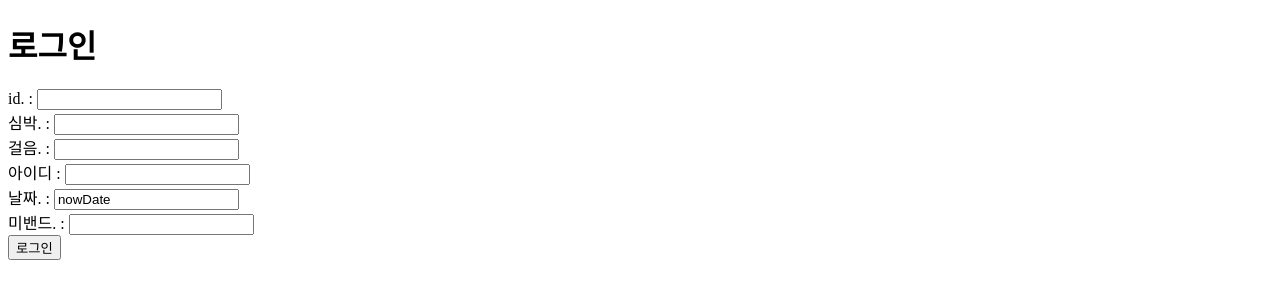
Repository: hynjin/SilverKeeper
Page: http://localhost/sk_server/connect.jsp
The author's editor kept a copy of each file at every save. The page is drawn from the files as they stood at one save, then again after the next save.
The browser window is 1280 px wide. The pictures show the whole page.
The page is served by Tomcat 9.

Above is the page before, as saved 2017-05-12 21:19:35.

After the next save:
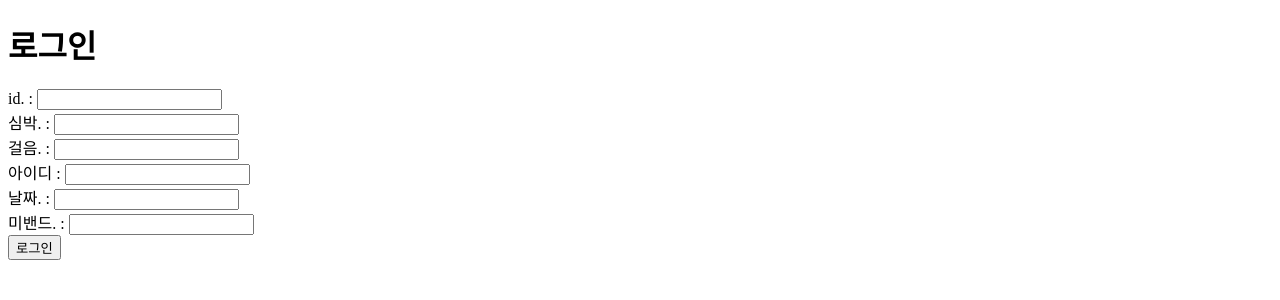
Saved 94 s later.
--- a/sk_tomcat/sk_server/WebContent/connect.jsp
+++ b/sk_tomcat/sk_server/WebContent/connect.jsp
@@ -20,7 +20,8 @@ id. : <input type="text" name="silverID"/><br/>
 심박. : <input type="text" name="heartRate"/><br/>
 걸음. : <input type="text" name="walkCount"><br/>
 아이디 : <input type="text" name="identifyNumber"/><br/>
-날짜. : <input type="text" name="currentTime" value=nowDate><br/>
+날짜. : <input type="text" name="currentTime" value=<%Date nowData=new Date();//현재날짜와 시간을 얻어옴
+SimpleDateFormat dataFormat = new SimpleDateFormat("yyyy-MM-dd");%>><br/>
 미밴드. : <input type="text" name="checkMiBand"/><br/>
 <input type="submit" value="로그인"/>
 </form>
